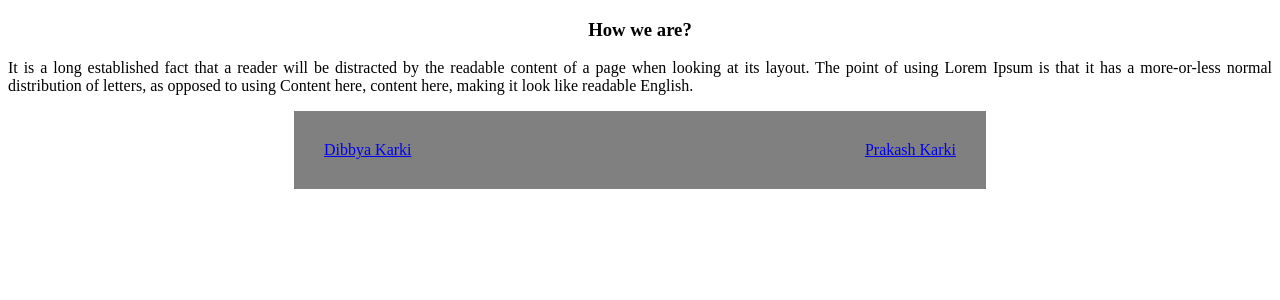
Repository: Dibbya65/Django-Basic
Page: http://localhost/about/
The author's editor kept a copy of each file at every save. The page is drawn from the files as they stood at one save, then again after the next save.
The browser window is 1280 px wide. The pictures show the whole page.
The page is served by the project's application, run on Django 3.2 (manage.py).

Above is the page before, as saved 2021-11-14 03:15:24.

After the next save:
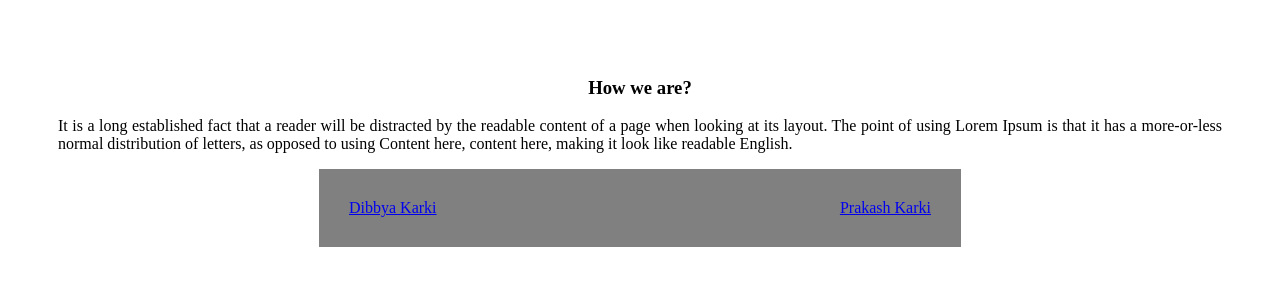
Saved 10 s later.
--- a/base/templates/base/about.html
+++ b/base/templates/base/about.html
@@ -3,7 +3,7 @@
 {% block title %} About Us {% endblock title %}
 
 {% block content %}
-<section style="padding:50;">
+<section style="padding:50px;">
 <h3 style="text-align:center">{{about_page_title}}</h3>
 <p style="text-align:justify">{{about_page_description}}</p>
 {%if teams %}
